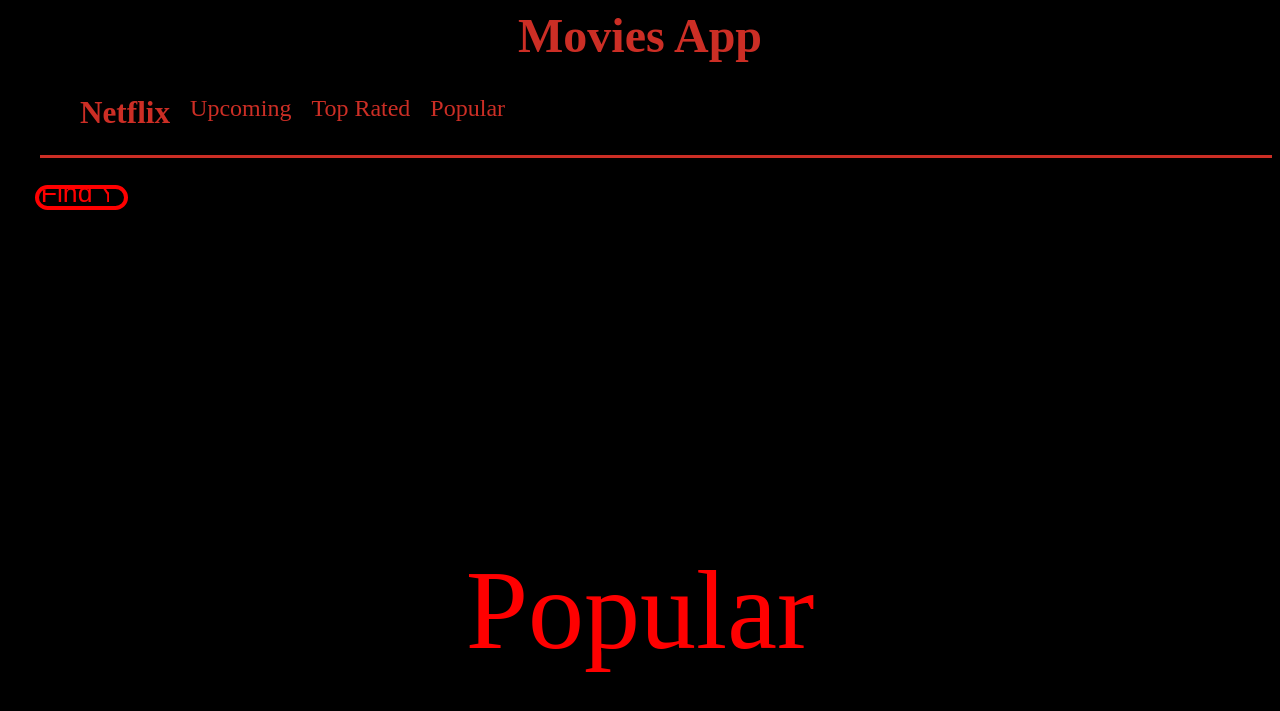
Repository: runner855/movie-app
Page: /popular
An editor plug-in stored every save of this project. The page is shown before and after the next save, followed by the edit.
The browser window is 1280 px wide. The pictures show the whole page.
The project was rebuilt for these pictures with package versions that can differ from the ones it lists, and the page was loaded fresh each time. Also part of the build but not shown: src/styles/TopRated.css, src/components/TopRated.tsx, src/styles/Upcoming.css, src/components/Upcoming.tsx.

Above is the page before, as saved 2022-11-16 17:36:56.

### src/index.tsx
import React from "react";
import ReactDOM from "react-dom/client";
import { BrowserRouter } from "react-router-dom";
import "./styles/index.css";
import { App } from "./components/App";

const root = ReactDOM.createRoot(
  document.getElementById("root") as HTMLElement
);
root.render(
  <React.StrictMode>
    <BrowserRouter>
      <App />
    </BrowserRouter>
  </React.StrictMode>
);

### src/styles/index.css
body {
  background-color: #000000;
}

code {
  font-family: source-code-pro, Menlo, Monaco, Consolas, "Courier New",
    monospace;
}

### src/components/App.tsx
import React from "react";
import "../styles/App.css";
import { BrowserRouter as Router, Routes, Route, Link } from "react-router-dom";

import { NavBar } from "../components/NavBar";
import { TopRated } from "../components/TopRated";
import { Upcoming } from "./Upcoming";
import { Popular } from "./Popular";
import { MoviesFilter } from "./MoviesFilter";

export const App = () => {
  return (
    <div className="App">
      <div className="title">Movies App</div>

      <NavBar />
      <MoviesFilter />

      <Routes>
        <Route path="/" element={<Upcoming />} />

        <Route path="/top-rated" element={<TopRated />} />
        <Route path="/popular" element={<Popular />} />
      </Routes>
    </div>
  );
};

### src/styles/App.css
.title {
  color: #cc2e25;
  text-align: center;
  font-weight: bold;
  font-size: 3em;
}

### src/components/NavBar.tsx
import * as React from "react";
import "../styles/NavBar.css";
import { Link } from "react-router-dom";

export const NavBar = () => {
  return (
    <header className="navbar">
      <nav>
        <ul>
          <li className="logo">Netflix</li>
          <li>
            <Link className="item" to="/">
              Upcoming
            </Link>
          </li>
          <li>
            <Link className="item" to="/top-rated">
              Top Rated
            </Link>
          </li>
          <li>
            <Link className="item" to="/popular">
              Popular
            </Link>
          </li>
        </ul>
      </nav>
    </header>
  );
};

### src/components/Popular.tsx
import * as React from "react";
import "../styles/Popular.css";

export const Popular = () => {
  return <div className="popular_page">Popular</div>;
};

### src/components/MoviesFilter.tsx
import * as React from "react";
import "../styles/MoviesFilter.css";

export const MoviesFilter = () => {
  return (
    <div className="movie_search">
      <input
        className="search-input"
        type="search"
        // onChange={(e) => setValue(e.target.value)}
        // value={value}
        placeholder={"Find Your Tasks"}
      />
    </div>
  );
};

### src/styles/NavBar.css
ul {
  text-align: left;
  list-style: none;
  font-size: 1.5em;
  display: flex;
}
ul li {
  margin-right: 20px;
  color: #cc2e25;
}

a {
  text-decoration: none;
}

a,
a:visited,
a:hover,
a:active {
  color: inherit;
}

.navbar {
  margin: 2em 0em 0em 2em;
}
a:hover {
  border-bottom: solid 3px #cc2e25;
}

.logo {
  font-weight: bold;
  font-size: 1.3em;
}

.navbar {
  border-bottom: #cc2e25 solid 0.2em;
}

### src/styles/Popular.css
.popular_page {
  color: red;
  text-align: center;
  margin-top: 3em;
  font-size: 7em;
}

### src/styles/MoviesFilter.css
.movie_search input {
  text-align: left;
  margin: 2em 0em 0em 2em;
}

input {
  border: solid red 0.3em;
  border-radius: 2em;
  background-color: #0000;
  width: 7em;
}

input::placeholder {
  color: red;
  font-size: 2em;
}

Loaded but not shown: public/index.html (common file)

After the next save:
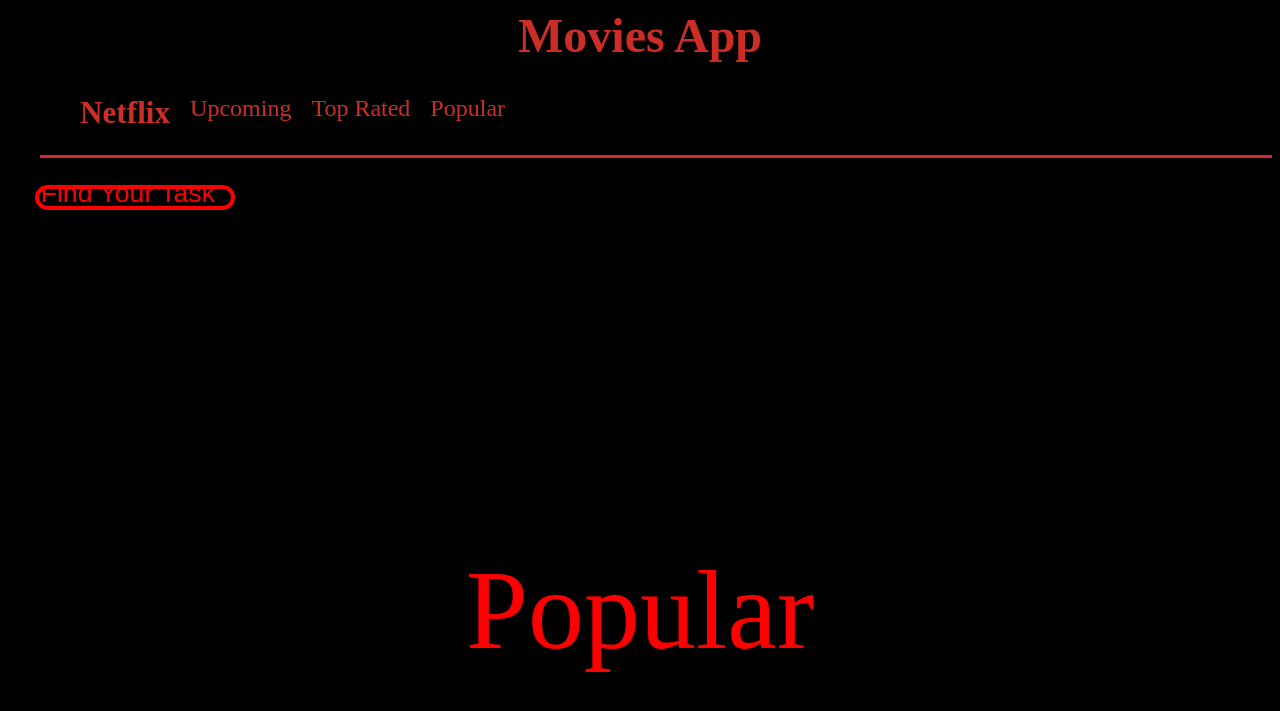
Saved 5 s later.
--- a/src/styles/MoviesFilter.css
+++ b/src/styles/MoviesFilter.css
@@ -7,7 +7,7 @@
   border: solid red 0.3em;
   border-radius: 2em;
   background-color: #0000;
-  width: 7em;
+  width: 15em;
 }
 
 input::placeholder {
